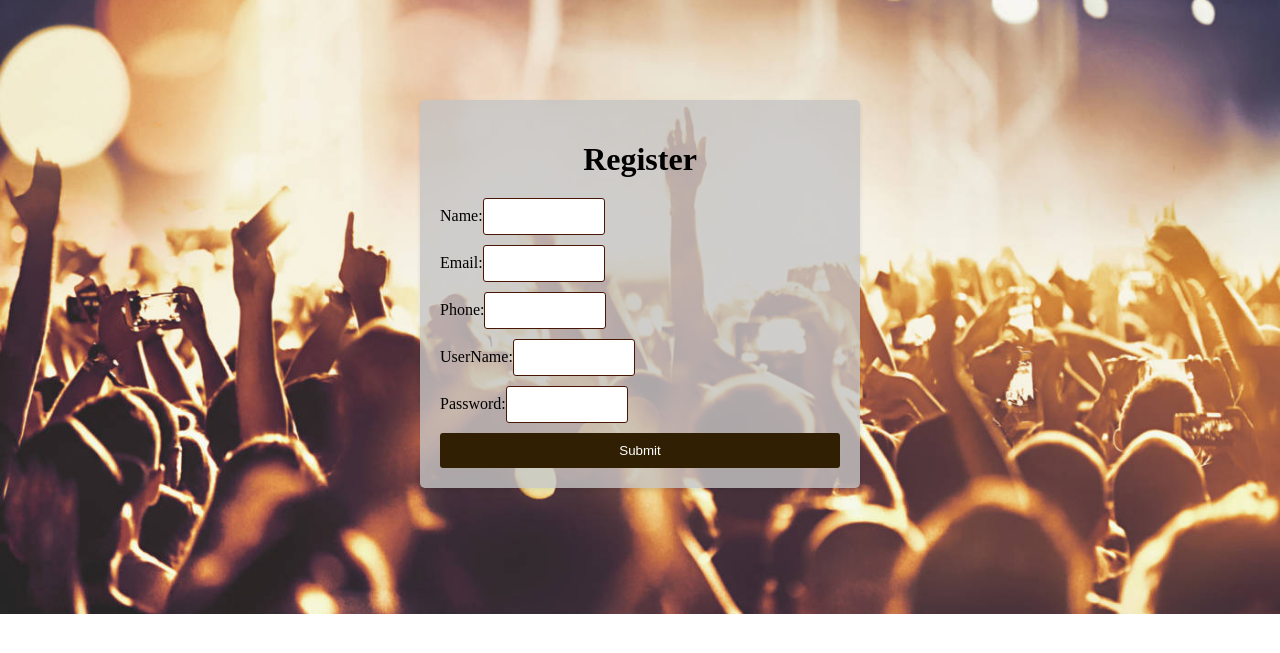
Repository: Dulankayapa/2ndyearoopprojrct
Page: http://localhost/feedback/Registration.jsp
An editor plug-in stored every save of this project. The page is shown before and after the next save, followed by the edit.
The browser window is 1280 px wide. The pictures show the whole page.
The page is served by Tomcat 9.

Above is the page before, as saved 2023-10-22 18:37:02.

After the next save:
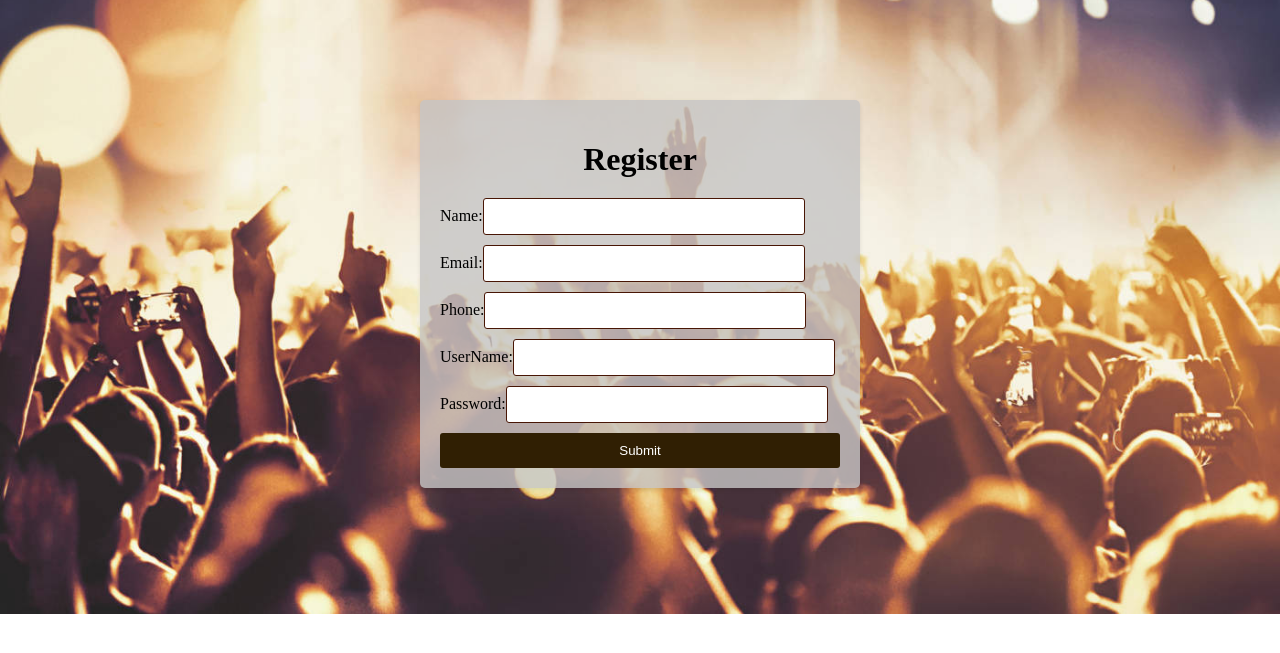
Saved 16 s later.
--- a/feedback/src/main/webapp/Registration.jsp
+++ b/feedback/src/main/webapp/Registration.jsp
@@ -28,7 +28,7 @@
 
   input[type="text"],
   input[type="password"] {
-    width: 100px;
+    width: 300px;
     padding: 10px;
     border: 1px solid hsl(15, 87%, 15%);
     border-radius: 3px;
